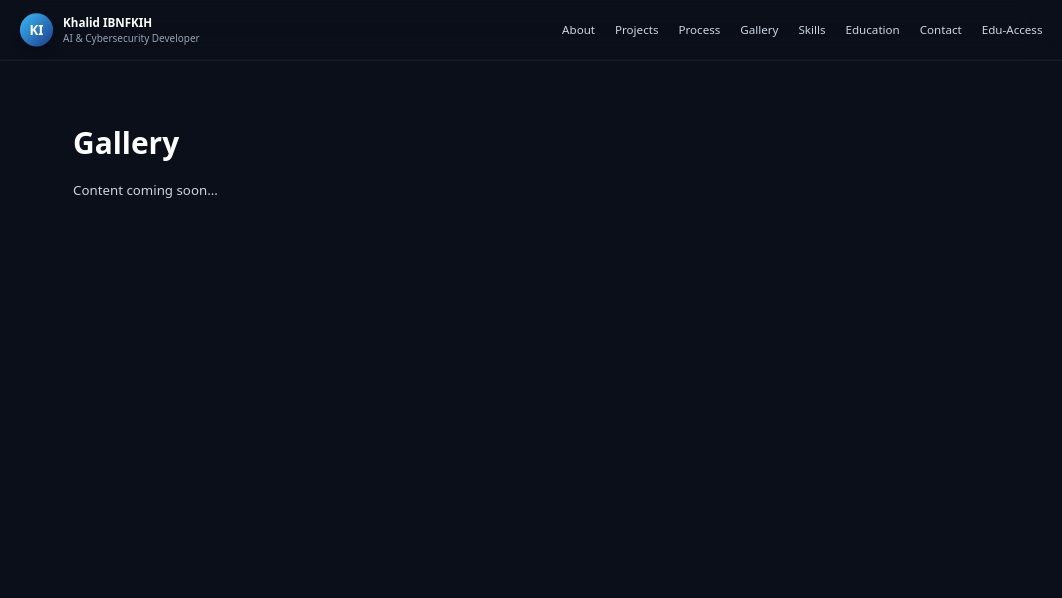
Repository: IBNKHALID06/KhalidAlxPortfolio
Page: /gallery
The author's editor kept a copy of each file at every save. The page is drawn from the files as they stood at one save, then again after the next save.
The browser window is 1280 px wide. The pictures show the whole page, at 83% of full size.
The project was rebuilt for these pictures with package versions that can differ from the ones it lists, and the page was loaded fresh each time. Also part of the build but not shown: vite.config.js, src/pages/About.tsx, src/components/ProjectCard.tsx, src/pages/Projects.tsx, src/pages/Process.tsx, src/pages/Skills.tsx, src/pages/Education.tsx, src/pages/Contact.tsx and 1 more.

Above is the page before, as saved 2025-11-30 20:13:04.

### index.html
<!DOCTYPE html>
<html lang="en">
  <head>
    <meta charset="UTF-8" />
    <meta name="viewport" content="width=device-width, initial-scale=1.0" />
    <title>Khalid Portfolio</title>
  </head>
  <body class="bg-[#0b0f19]">
    <div id="root"></div>
    <script type="module" src="/src/main.tsx"></script>
  </body>
</html>

### src/App.tsx
import { BrowserRouter as Router, Routes, Route, Navigate } from "react-router-dom";
import Navbar from "./components/Navbar";
import About from "./pages/About";
import Projects from "./pages/Projects";
import Process from "./pages/Process";
import Gallery from "./pages/Gallery";
import Skills from "./pages/Skills";
import Education from "./pages/Education";
import Contact from "./pages/Contact";
import EduAccess from "./pages/EduAccess";

function App() {
  return (
    <Router>
      <div className="min-h-screen bg-[#0b0f19] text-white font-sans">
        <Navbar />
        <main>
          <Routes>
            <Route path="/" element={<Navigate to="/about" replace />} />
            <Route path="/about" element={<About />} />
            <Route path="/projects" element={<Projects />} />
            <Route path="/process" element={<Process />} />
            <Route path="/gallery" element={<Gallery />} />
            <Route path="/skills" element={<Skills />} />
            <Route path="/education" element={<Education />} />
            <Route path="/contact" element={<Contact />} />
            <Route path="/eduaccess" element={<EduAccess />} />
          </Routes>
        </main>
      </div>
    </Router>
  );
}

export default App;

### src/index.css
@tailwind base;
@tailwind components;
@tailwind utilities;

body {
  background-color: #0b0f19;
  color: white;
}

### src/components/Navbar.tsx
import { Link } from "react-router-dom";
import { useState } from "react";

export default function Navbar() {
  const [open, setOpen] = useState(false);
  const links = ["about", "projects", "process", "gallery", "skills", "education", "contact", "eduaccess"];

  return (
    <header className="sticky top-0 z-50 bg-[#0b0f19]/80 backdrop-blur-xl border-b border-slate-800">
      <div className="max-w-7xl mx-auto px-6 py-4 flex justify-between items-center">
        <Link to="/about" className="flex items-center gap-3 select-none">
          <div className="w-10 h-10 rounded-full bg-gradient-to-br from-sky-400 to-blue-900 flex items-center justify-center font-bold text-white shadow-lg">
            KI
          </div>
          <div>
            <h1 className="text-sm font-semibold">Khalid IBNFKIH</h1>
            <p className="text-xs text-slate-400">AI & Cybersecurity Developer</p>
          </div>
        </Link>

        <nav className="hidden md:flex gap-6 text-sm">
          {links.map((item) => (
            <Link key={item} to={`/${item}`} className="text-slate-300 hover:text-sky-400 transition">
              {item === "eduaccess" ? "Edu-Access" : item.charAt(0).toUpperCase() + item.slice(1)}
            </Link>
          ))}
        </nav>

        <button className="md:hidden text-2xl" onClick={() => setOpen(!open)}>
          {open ? "✕" : "☰"}
        </button>
      </div>

      {open && (
        <div className="md:hidden px-6 pb-4 space-y-2 bg-[#111827] border-t border-slate-800">
          {links.map((item) => (
            <Link
              key={item}
              to={`/${item}`}
              onClick={() => setOpen(false)}
              className="block text-slate-300 hover:text-sky-400 py-1"
            >
              {item === "eduaccess" ? "Edu-Access" : item.charAt(0).toUpperCase() + item.slice(1)}
            </Link>
          ))}
        </div>
      )}
    </header>
  );
}

### src/pages/Gallery.tsx
import Page from "../components/Page";

export default function Gallery() {
  return (
    <Page>
      <h2 className="text-4xl font-bold mb-6">Gallery</h2>
      <p className="text-slate-300">Content coming soon...</p>
    </Page>
  );
}

### src/components/Page.tsx
import { motion } from "framer-motion";
import React from "react";

type Props = { children: React.ReactNode };

export default function Page({ children }: Props) {
  return (
    <motion.section
      initial={{ opacity: 0, y: 20 }}
      animate={{ opacity: 1, y: 0 }}
      transition={{ duration: 0.4 }}
      className="max-w-6xl mx-auto px-6 py-20"
    >
      {children}
    </motion.section>
  );
}

Loaded but not shown: src/main.tsx (common file); tailwind.config.js (common file)

After the next save:
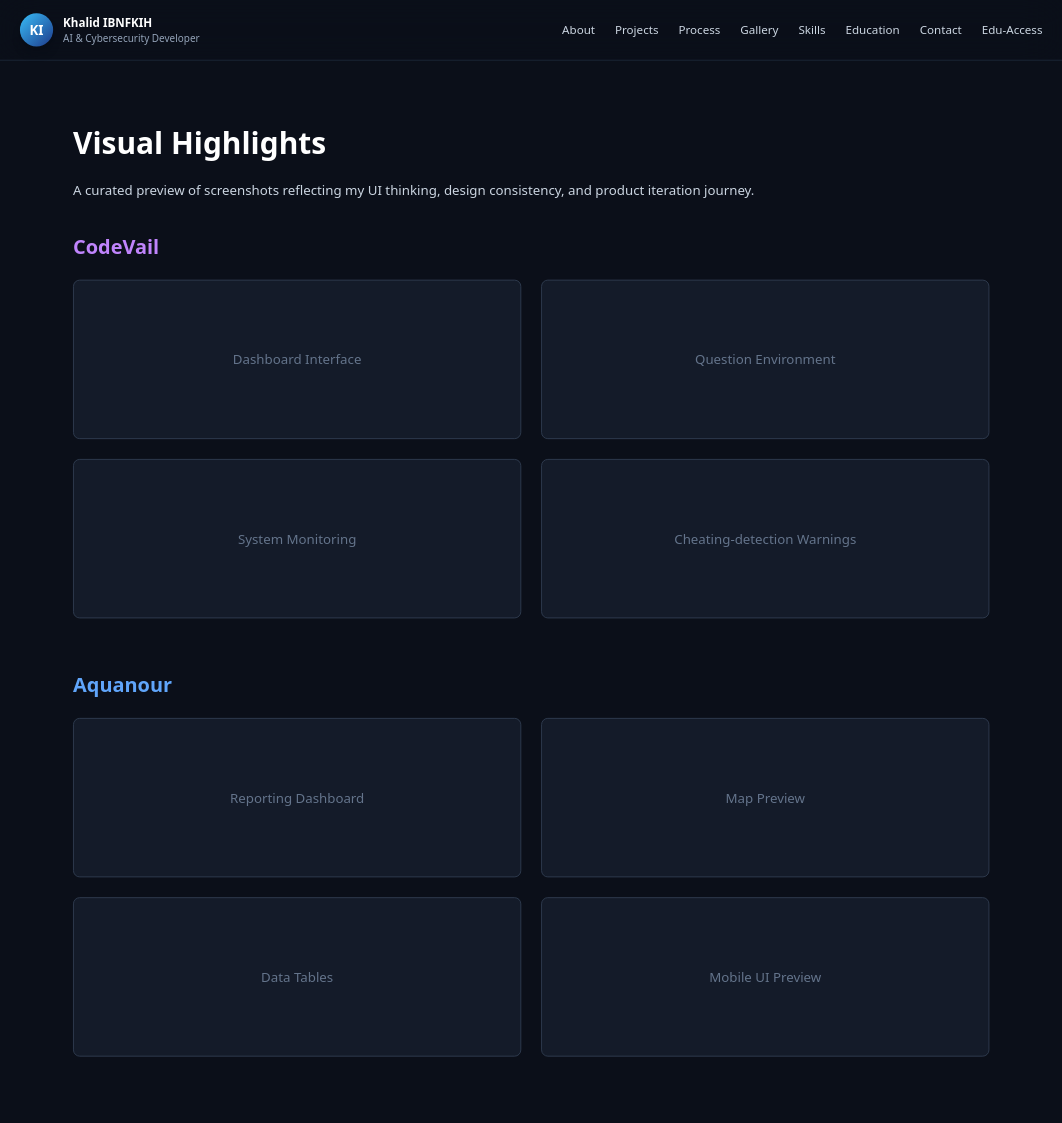
Saved 2 s later.
--- a/src/pages/Gallery.tsx
+++ b/src/pages/Gallery.tsx
@@ -3,8 +3,48 @@ import Page from "../components/Page";
 export default function Gallery() {
   return (
     <Page>
-      <h2 className="text-4xl font-bold mb-6">Gallery</h2>
-      <p className="text-slate-300">Content coming soon...</p>
+      <h2 className="text-4xl font-bold mb-6">Visual Highlights</h2>
+      <p className="text-slate-300 mb-10">
+        A curated preview of screenshots reflecting my UI thinking, design consistency, and product iteration journey.
+      </p>
+
+      <div className="space-y-16">
+        <section>
+          <h3 className="text-2xl font-semibold text-purple-400 mb-6">CodeVail</h3>
+          <div className="grid md:grid-cols-2 gap-6">
+            <div className="bg-slate-800/50 h-48 rounded-lg flex items-center justify-center border border-slate-700">
+              <span className="text-slate-500">Dashboard Interface</span>
+            </div>
+            <div className="bg-slate-800/50 h-48 rounded-lg flex items-center justify-center border border-slate-700">
+              <span className="text-slate-500">Question Environment</span>
+            </div>
+            <div className="bg-slate-800/50 h-48 rounded-lg flex items-center justify-center border border-slate-700">
+              <span className="text-slate-500">System Monitoring</span>
+            </div>
+            <div className="bg-slate-800/50 h-48 rounded-lg flex items-center justify-center border border-slate-700">
+              <span className="text-slate-500">Cheating-detection Warnings</span>
+            </div>
+          </div>
+        </section>
+
+        <section>
+          <h3 className="text-2xl font-semibold text-blue-400 mb-6">Aquanour</h3>
+          <div className="grid md:grid-cols-2 gap-6">
+            <div className="bg-slate-800/50 h-48 rounded-lg flex items-center justify-center border border-slate-700">
+              <span className="text-slate-500">Reporting Dashboard</span>
+            </div>
+            <div className="bg-slate-800/50 h-48 rounded-lg flex items-center justify-center border border-slate-700">
+              <span className="text-slate-500">Map Preview</span>
+            </div>
+            <div className="bg-slate-800/50 h-48 rounded-lg flex items-center justify-center border border-slate-700">
+              <span className="text-slate-500">Data Tables</span>
+            </div>
+            <div className="bg-slate-800/50 h-48 rounded-lg flex items-center justify-center border border-slate-700">
+              <span className="text-slate-500">Mobile UI Preview</span>
+            </div>
+          </div>
+        </section>
+      </div>
     </Page>
   );
 }
